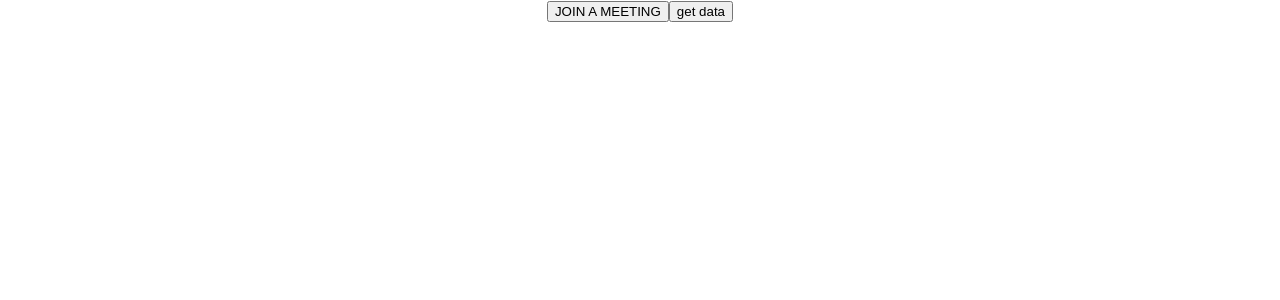
Repository: sreech465/myexam
Page: /jmeet
The author's editor kept a copy of each file at every save. The page is drawn from the files as they stood at one save, then again after the next save.
The browser window is 1280 px wide. The pictures show the whole page.
The project was rebuilt for these pictures with package versions that can differ from the ones it lists, and the page was loaded fresh each time. Also part of the build but not shown: src/Details.js, src/Smeet.js.

Above is the page before, as saved 2023-01-14 15:50:50.

After the next save:
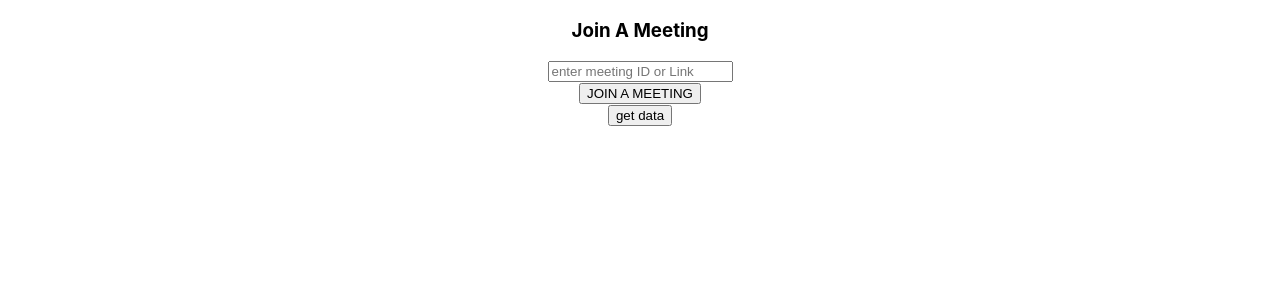
Saved 114 s later.
--- a/src/Jmeet.js
+++ b/src/Jmeet.js
@@ -23,7 +23,20 @@ const Jmeet = () => {
 
   return (
     <div>
-      <button>JOIN A MEETING</button>
+      <div>
+        <form className="p-3">
+          <h3 className="text-info">Join A Meeting</h3>
+          <input
+            className="m-2"
+            type="text"
+            placeholder="enter meeting ID or Link"
+            onChange={(e) => {
+              setId(e.target.value);
+            }}
+          />
+        </form>
+        <button>JOIN A MEETING</button>
+      </div>
       <button onClick={handleClick}>get data</button>
     </div>
   );
